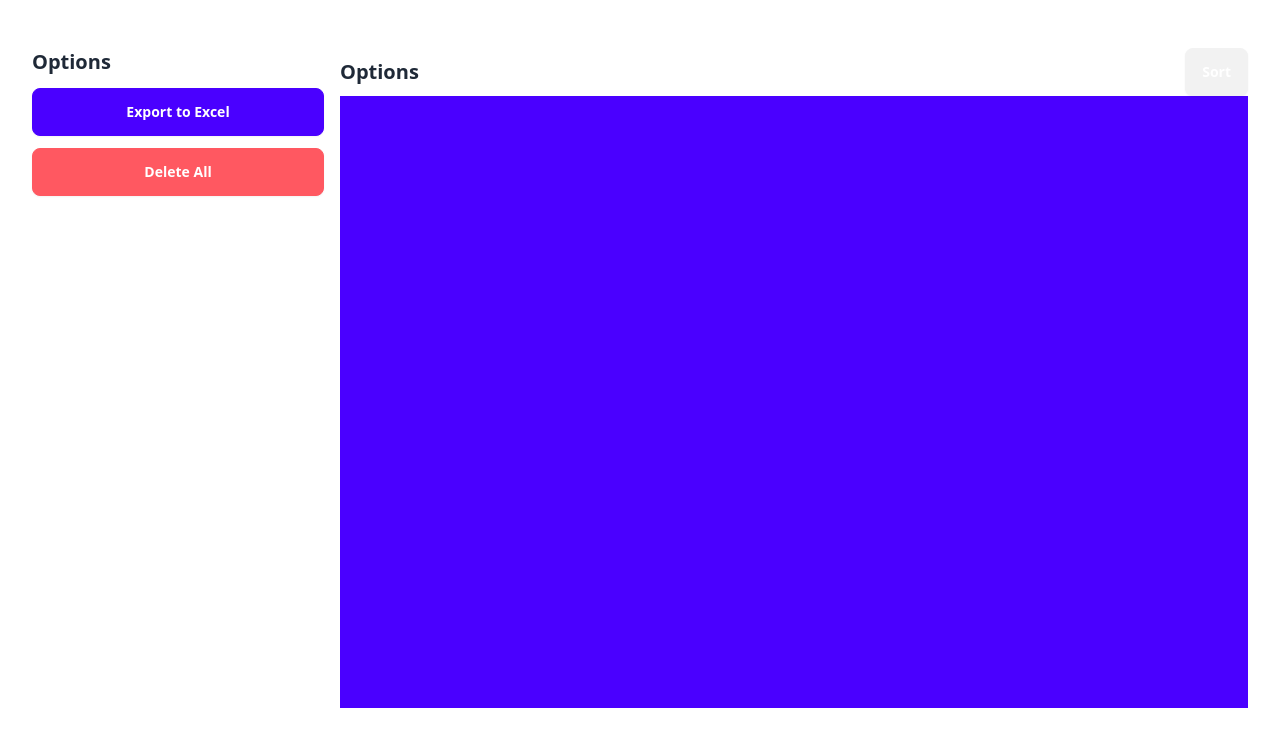
Repository: khulqu15/khafsin_server
Page: http://localhost/
These files come from the project's save history. The page is drawn as it stood at one moment and after the next save; the edit follows.
The browser window is 1280 px wide. The pictures show the whole page.
Some web libraries are served in a nearby version. The page is served by the project's Laravel application, run on PHP 8.4 with Laravel 12. Queries for data that is not in the repository find no rows.

Above is the page before, as saved 2024-10-25 02:52:23.

After the next save:
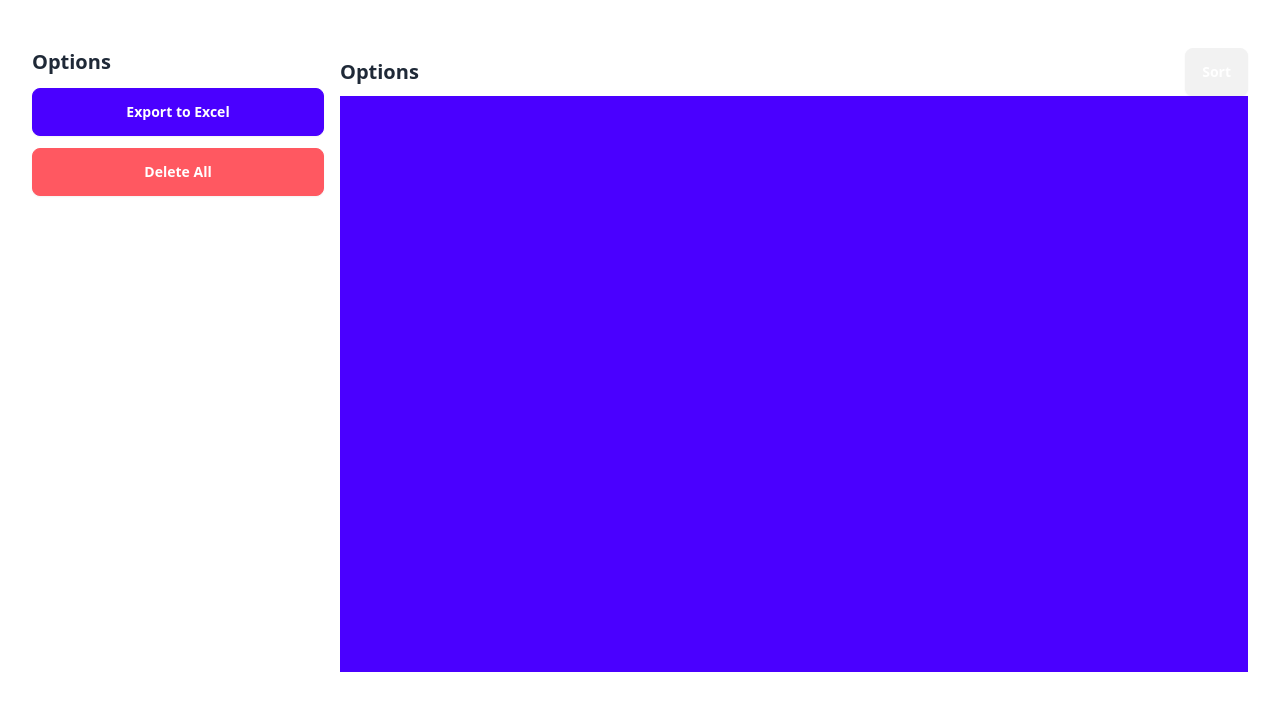
Saved 4 s later.
--- a/resources/views/welcome.blade.php
+++ b/resources/views/welcome.blade.php
@@ -22,7 +22,7 @@
                         <h2 class="text-xl font-bold">Options</h2>
                         <button class="btn btn-base-200 text-white">Sort</button>
                     </div>
-                    <div class="h-[85vh] bg-primary w-full"></div>
+                    <div class="h-[80vh] bg-primary w-full"></div>
                 </div>
             </div>
         </div>
